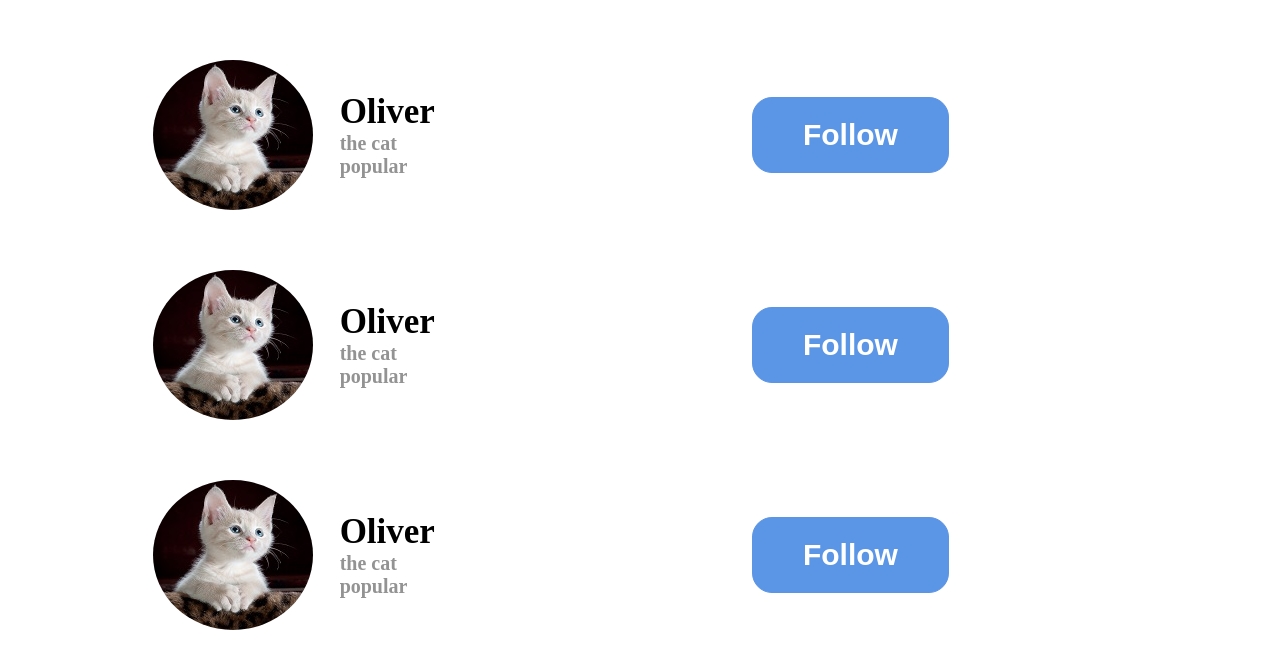
Repository: arifshahriyarnader/css-flexbox
Page: Exercise 4/index.html
The author's editor kept a copy of each file at every save. The page is drawn from the files as they stood at one save, then again after the next save.
The browser window is 1280 px wide. The pictures show the whole page.

Above is the page before, as saved 2024-06-21 11:45:58.

After the next save:
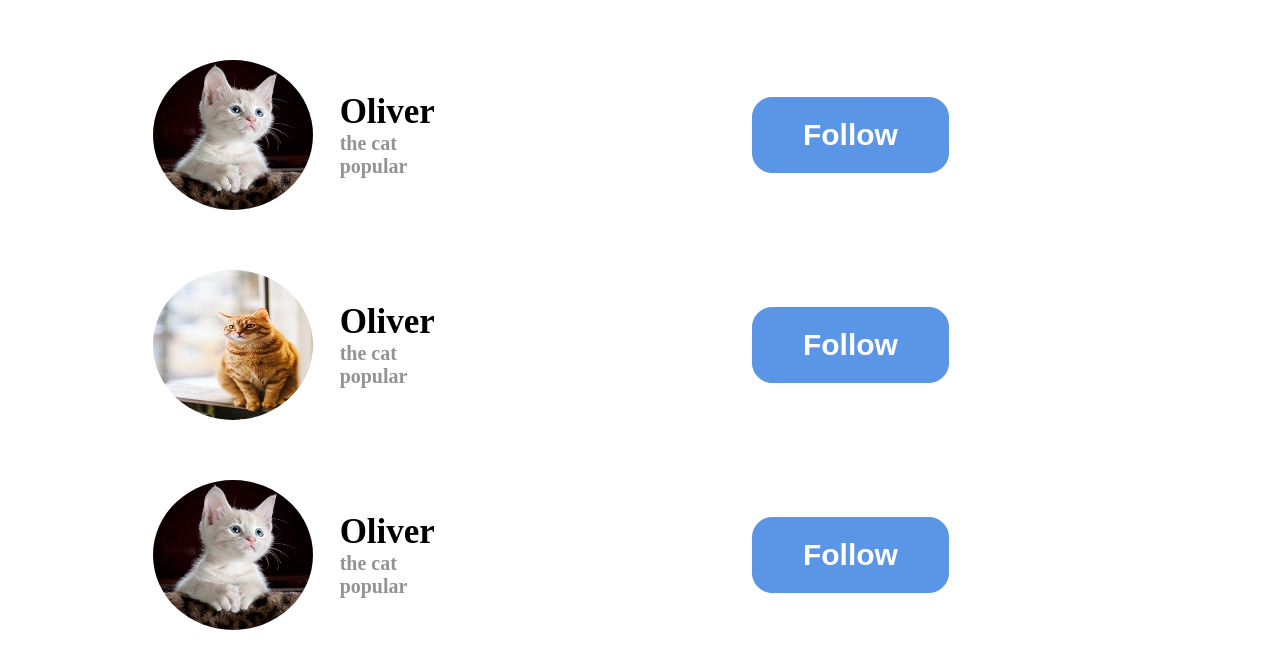
Saved 29 s later.
--- a/Exercise 4/index.html
+++ b/Exercise 4/index.html
@@ -38,7 +38,7 @@
         </div>
 
         <div class="follow">
-            <img src="images/cat1.jpg" alt="cat 1" class="follow_img">
+            <img src="images/cat2.jpg" alt="cat 1" class="follow_img">
             <div class="follow_content">
                 <h3>Oliver</h3>
                 <p>the cat</p>
